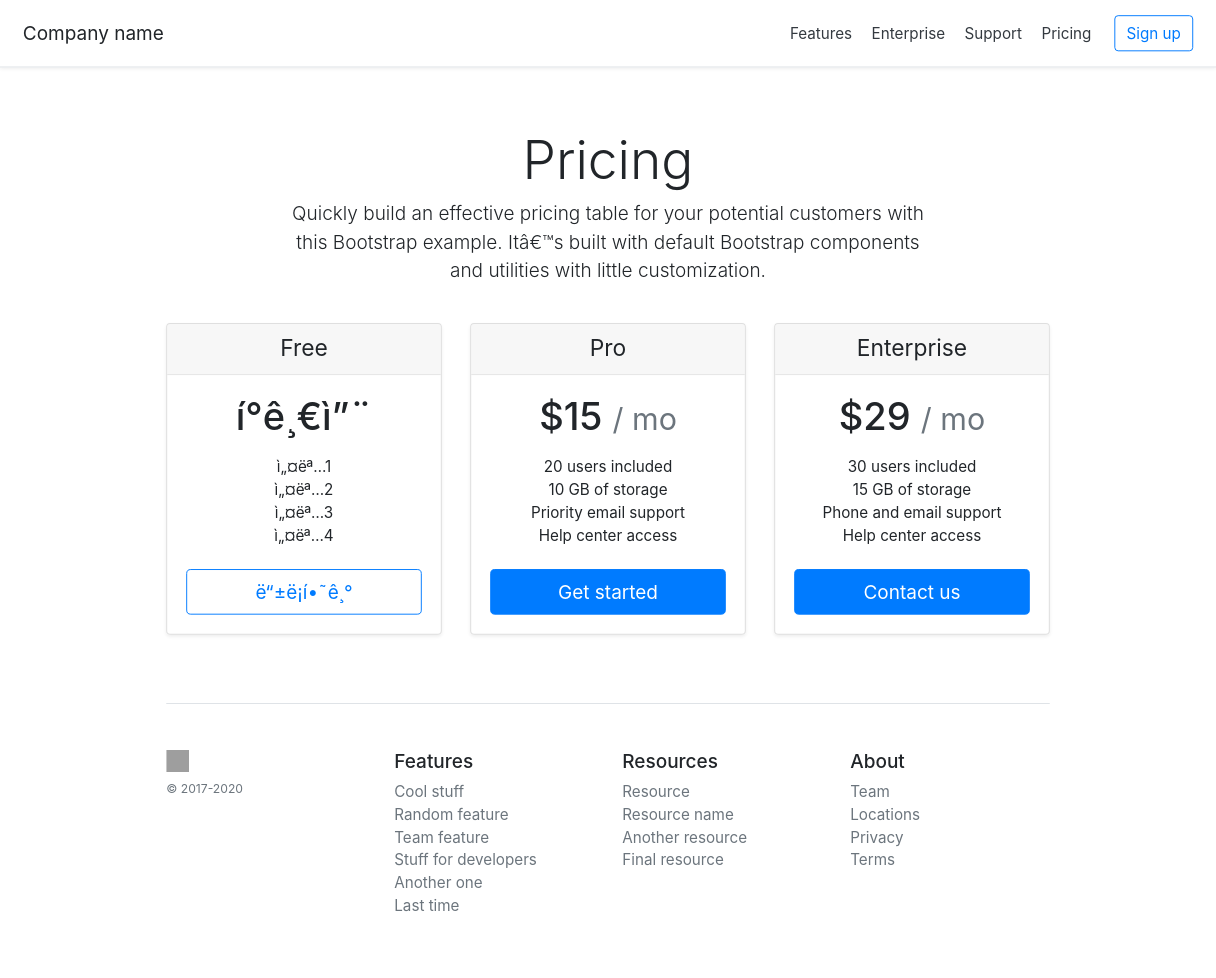
Repository: SettingRhino/innogleantmanager
Page: http://localhost/antmanager/WEB-INF/views/home.jsp
The author's editor kept a copy of each file at every save. The page is drawn from the files as they stood at one save, then again after the next save.
The browser window is 1280 px wide. The pictures show the whole page, at 95% of full size.
Pictures or frames that could not be fetched are drawn as grey boxes. The page is served by Tomcat 9. Nobody is signed in. Other server files are loaded and not shown. The template is opened directly, without the code that normally fills it, so the values that code supplies are empty.

Above is the page before, as saved 2020-06-07 17:01:11.

### antmanager/src/main/webapp/WEB-INF/views/home.jsp
<%@ taglib uri="http://java.sun.com/jsp/jstl/core" prefix="c" %>

<!doctype html>
<html>
  <head>
    <meta charset="utf-8">
    <meta name="viewport" content="width=device-width, initial-scale=1, shrink-to-fit=no">
    <meta name="description" content="">
    <meta name="author" content="Mark Otto, Jacob Thornton, and Bootstrap contributors">
    <meta name="generator" content="Jekyll v4.0.1">
    <title>Pricing example · Bootstrap</title>

    <link rel="canonical" href="https://getbootstrap.com/docs/4.5/examples/pricing/">

    <!-- Bootstrap core CSS -->
<link href="<c:url value="/resources/css/bootstrap.min.css"/>" rel="stylesheet" integrity="sha384-Vkoo8x4CGsO3+Hhxv8T/Q5PaXtkKtu6ug5TOeNV6gBiFeWPGFN9MuhOf23Q9Ifjh" crossorigin="anonymous">

    <!-- Favicons
<link rel="icon" href="/docs/4.5/assets/img/favicons/favicon.ico">
 -->


    <style>
      .bd-placeholder-img {
        font-size: 1.125rem;
        text-anchor: middle;
        -webkit-user-select: none;
        -moz-user-select: none;
        -ms-user-select: none;
        user-select: none;
      }

      @media (min-width: 768px) {
        .bd-placeholder-img-lg {
          font-size: 3.5rem;
        }
      }
    </style>
    <!-- Custom styles for this template -->

    <link href= "<c:url value="/resources/css/pricing.css"/>" rel="stylesheet">
  </head>
  <body>
    <div class="d-flex flex-column flex-md-row align-items-center p-3 px-md-4 mb-3 bg-white border-bottom shadow-sm">
  <h5 class="my-0 mr-md-auto font-weight-normal">Company name</h5>
  <nav class="my-2 my-md-0 mr-md-3">
    <a class="p-2 text-dark" href="#">Features</a>
    <a class="p-2 text-dark" href="#">Enterprise</a>
    <a class="p-2 text-dark" href="#">Support</a>
    <a class="p-2 text-dark" href="#">Pricing</a>
  </nav>
  <a class="btn btn-outline-primary" href="#">Sign up</a>
</div>

<div class="pricing-header px-3 py-3 pt-md-5 pb-md-4 mx-auto text-center">
  <h1 class="display-4">Pricing</h1>
  <p class="lead">Quickly build an effective pricing table for your potential customers with this Bootstrap example. It’s built with default Bootstrap components and utilities with little customization.</p>
</div>

<div class="container">
  <div class="card-deck mb-3 text-center">
    <div class="card mb-4 shadow-sm">
      <div class="card-header">
        <h4 class="my-0 font-weight-normal">Free</h4>
      </div>
      <div class="card-body">
        <h1 class="card-title pricing-card-title">큰글씨</h1>
        <ul class="list-unstyled mt-3 mb-4">
          <li>설명1</li>
          <li>설명2</li>
          <li>설명3</li>
          <li>설명4</li>
        </ul>
        <button type="button" class="btn btn-lg btn-block btn-outline-primary">등록하기</button>
      </div>
    </div>
    <div class="card mb-4 shadow-sm">
      <div class="card-header">
        <h4 class="my-0 font-weight-normal">Pro</h4>
      </div>
      <div class="card-body">
        <h1 class="card-title pricing-card-title">$15 <small class="text-muted">/ mo</small></h1>
        <ul class="list-unstyled mt-3 mb-4">
          <li>20 users included</li>
          <li>10 GB of storage</li>
          <li>Priority email support</li>
          <li>Help center access</li>
        </ul>
        <button type="button" class="btn btn-lg btn-block btn-primary">Get started</button>
      </div>
    </div>
    <div class="card mb-4 shadow-sm">
      <div class="card-header">
        <h4 class="my-0 font-weight-normal">Enterprise</h4>
      </div>
      <div class="card-body">
        <h1 class="card-title pricing-card-title">$29 <small class="text-muted">/ mo</small></h1>
        <ul class="list-unstyled mt-3 mb-4">
          <li>30 users included</li>
          <li>15 GB of storage</li>
          <li>Phone and email support</li>
          <li>Help center access</li>
        </ul>
        <button type="button" class="btn btn-lg btn-block btn-primary">Contact us</button>
      </div>
    </div>
  </div>

  <footer class="pt-4 my-md-5 pt-md-5 border-top">
    <div class="row">
      <div class="col-12 col-md">
        <img class="mb-2" src="/docs/4.5/assets/brand/bootstrap-solid.svg" alt="" width="24" height="24">
        <small class="d-block mb-3 text-muted">&copy; 2017-2020</small>
      </div>
      <div class="col-6 col-md">
        <h5>Features</h5>
        <ul class="list-unstyled text-small">
          <li><a class="text-muted" href="#">Cool stuff</a></li>
          <li><a class="text-muted" href="#">Random feature</a></li>
          <li><a class="text-muted" href="#">Team feature</a></li>
          <li><a class="text-muted" href="#">Stuff for developers</a></li>
          <li><a class="text-muted" href="#">Another one</a></li>
          <li><a class="text-muted" href="#">Last time</a></li>
        </ul>
      </div>
      <div class="col-6 col-md">
        <h5>Resources</h5>
        <ul class="list-unstyled text-small">
          <li><a class="text-muted" href="#">Resource</a></li>
          <li><a class="text-muted" href="#">Resource name</a></li>
          <li><a class="text-muted" href="#">Another resource</a></li>
          <li><a class="text-muted" href="#">Final resource</a></li>
        </ul>
      </div>
      <div class="col-6 col-md">
        <h5>About</h5>
        <ul class="list-unstyled text-small">
          <li><a class="text-muted" href="#">Team</a></li>
          <li><a class="text-muted" href="#">Locations</a></li>
          <li><a class="text-muted" href="#">Privacy</a></li>
          <li><a class="text-muted" href="#">Terms</a></li>
        </ul>
      </div>
    </div>
  </footer>
</div>
</body>
</html>

### antmanager/src/main/webapp/resources/css/pricing.css
@charset "UTF-8";
html {
  font-size: 14px;
}
@media (min-width: 768px) {
  html {
    font-size: 16px;
  }
}

.container {
  max-width: 960px;
}

.pricing-header {
  max-width: 700px;
}

.card-deck .card {
  min-width: 220px;
}

Loaded but not shown: antmanager/src/main/webapp/resources/css/bootstrap.min.css (library)

After the next save:
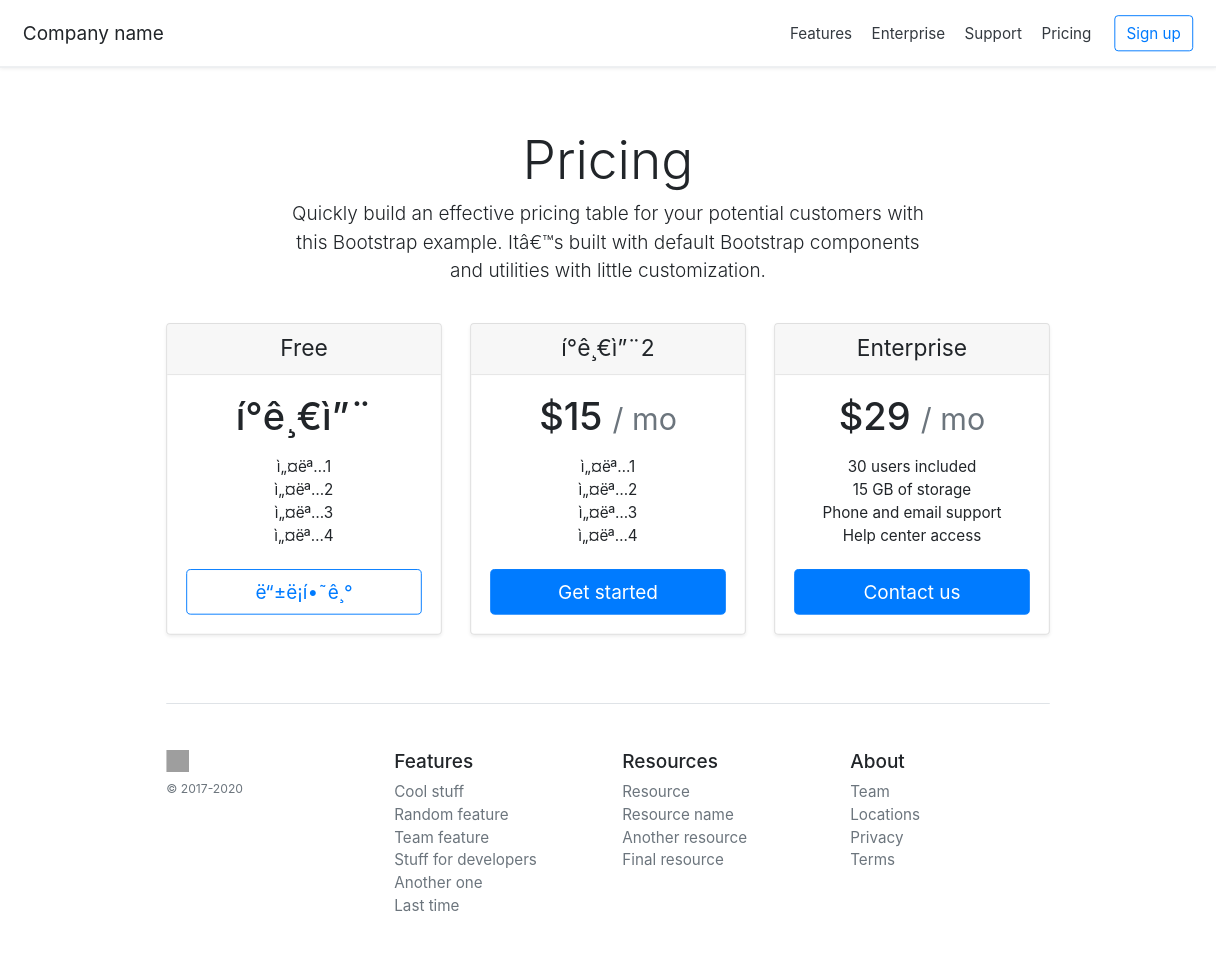
Saved 14 s later.
--- a/antmanager/src/main/webapp/WEB-INF/views/home.jsp
+++ b/antmanager/src/main/webapp/WEB-INF/views/home.jsp
@@ -76,15 +76,15 @@
     </div>
     <div class="card mb-4 shadow-sm">
       <div class="card-header">
-        <h4 class="my-0 font-weight-normal">Pro</h4>
+        <h4 class="my-0 font-weight-normal">큰글씨2</h4>
       </div>
       <div class="card-body">
         <h1 class="card-title pricing-card-title">$15 <small class="text-muted">/ mo</small></h1>
         <ul class="list-unstyled mt-3 mb-4">
-          <li>20 users included</li>
-          <li>10 GB of storage</li>
-          <li>Priority email support</li>
-          <li>Help center access</li>
+          <li>설명1</li>
+          <li>설명2</li>
+          <li>설명3</li>
+          <li>설명4</li>
         </ul>
         <button type="button" class="btn btn-lg btn-block btn-primary">Get started</button>
       </div>
